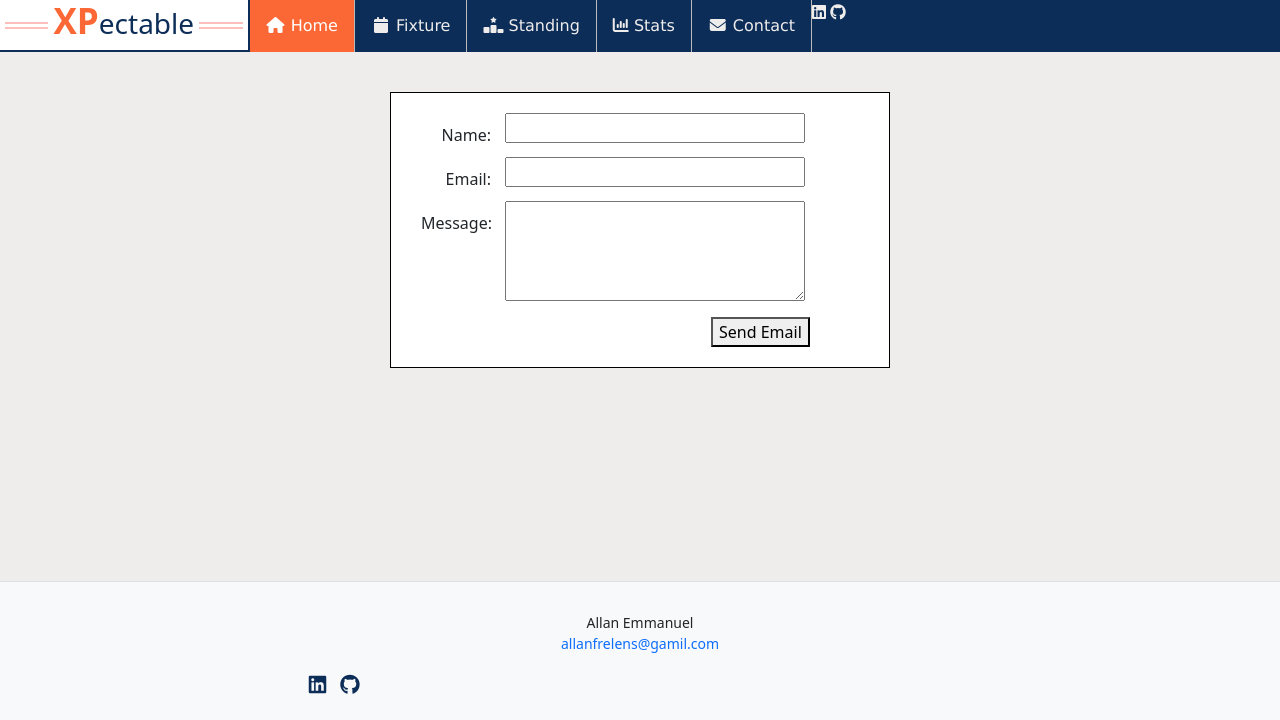
Repository: allanmanno/Xpectable
Page: http://localhost/xpec/contact.html
These files come from the project's save history. The page is drawn as it stood at one moment and after the next save; the edit follows.
The browser window is 1280 px wide. The pictures show the whole page.
Some web fonts or font styles are not loaded; a fallback is used. The page is served by Tomcat 9.

Above is the page before, as saved 2024-05-17 00:06:22.

After the next save:
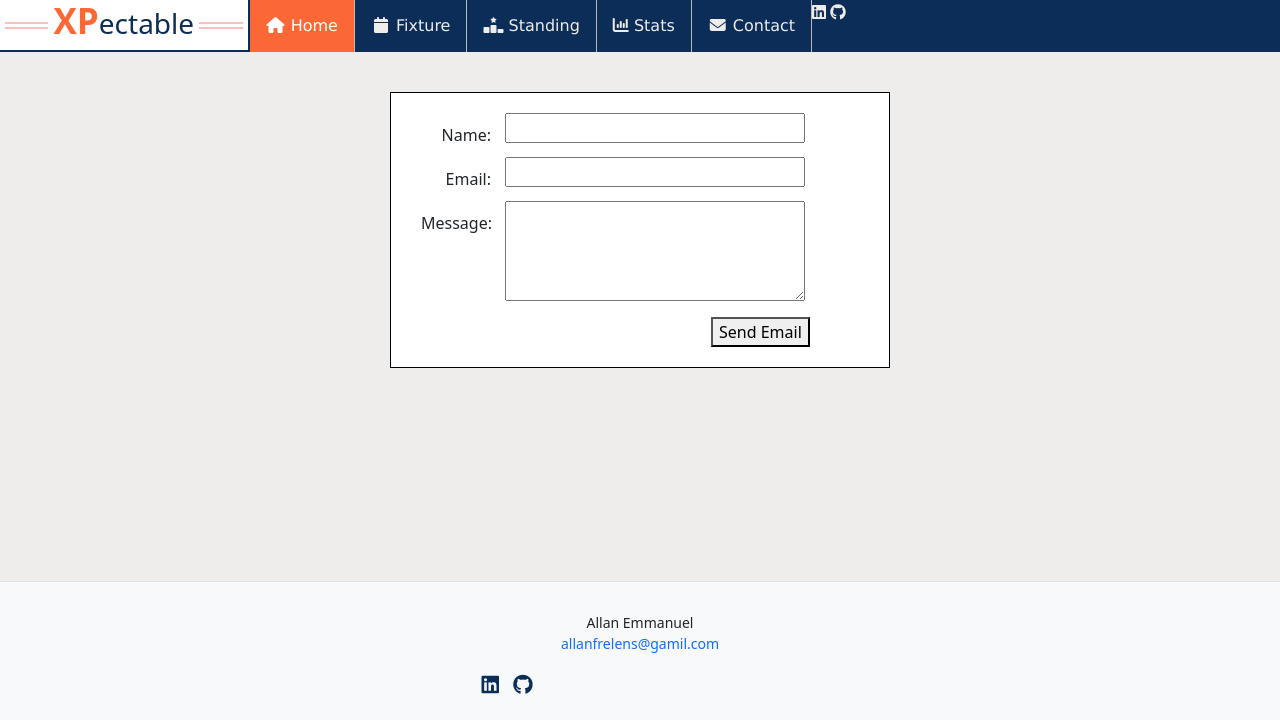
Saved 38 s later.
--- a/xpec/src/main/webapp/resources/css/contact.css
+++ b/xpec/src/main/webapp/resources/css/contact.css
@@ -119,7 +119,7 @@ footer p {
 }
 
 footer .social_media {
-    margin-right: 47%;
+    margin-right: 20%;
 }
 
 footer .social_media a {
